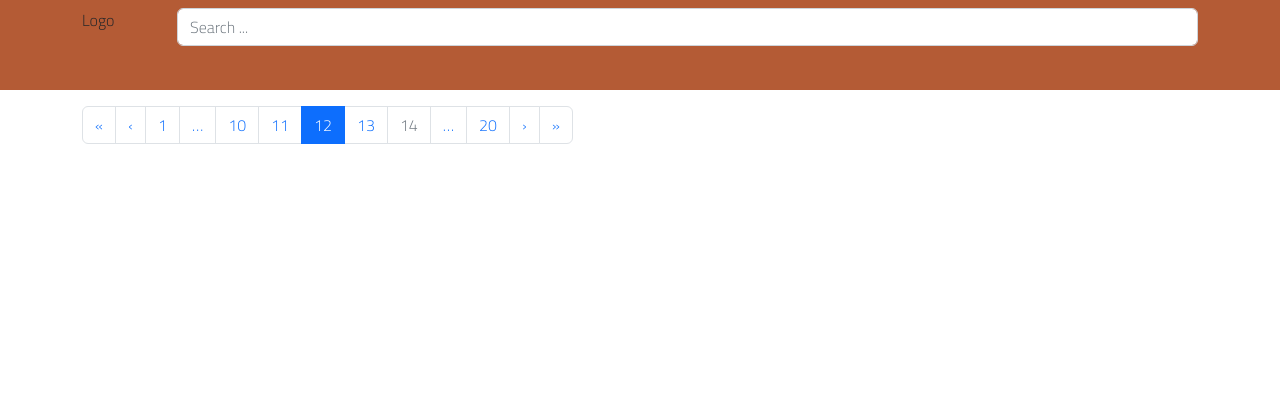
Repository: SD-Mdouka/react-table
Page: /
The author's editor kept a copy of each file at every save. The page is drawn from the files as they stood at one save, then again after the next save.
The browser window is 1280 px wide. The pictures show the whole page.
The page's requests for data from a server got no answer. The project was rebuilt for these pictures with package versions that can differ from the ones it lists, and the page was loaded fresh each time. No one was signed in, and anything a server would have sent is missing. Also part of the build but not shown: src/react-table-filter/table-list-card/components/CardMovies.tsx.

Above is the page before, as saved 2022-10-16 00:11:25.

After the next save:
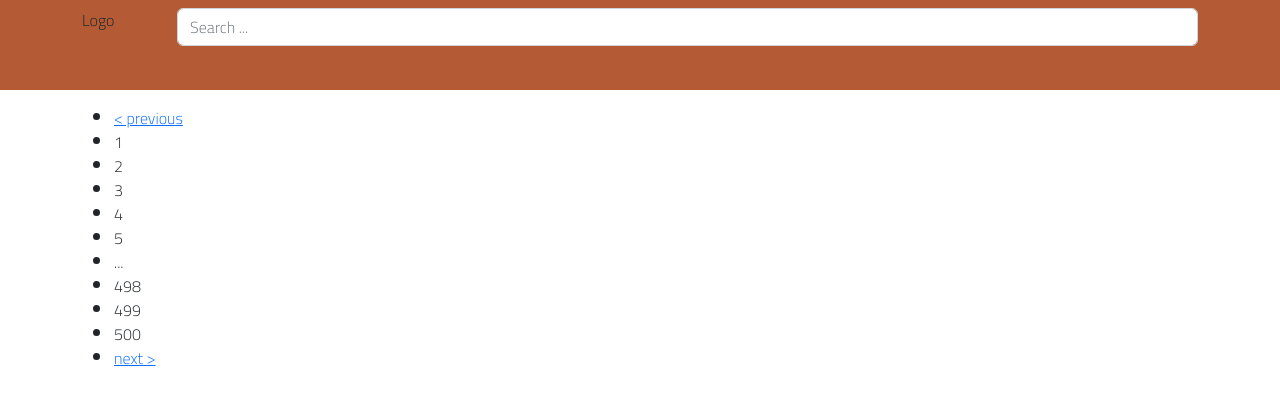
Saved 107 s later.
--- a/src/react-table-filter/table-list-card/components/Pageination.tsx
+++ b/src/react-table-filter/table-list-card/components/Pageination.tsx
@@ -1,26 +1,20 @@
 import React from "react";
 import { Pagination } from "react-bootstrap";
+import ReactPaginate from "react-paginate";
 
 const Pageination = () => {
+  const handlePageClick = () => {};
+  const pageCount = 500;
   return (
     <div>
-      <Pagination>
-        <Pagination.First />
-        <Pagination.Prev />
-        <Pagination.Item>{1}</Pagination.Item>
-        <Pagination.Ellipsis />
-
-        <Pagination.Item>{10}</Pagination.Item>
-        <Pagination.Item>{11}</Pagination.Item>
-        <Pagination.Item active>{12}</Pagination.Item>
-        <Pagination.Item>{13}</Pagination.Item>
-        <Pagination.Item disabled>{14}</Pagination.Item>
-
-        <Pagination.Ellipsis />
-        <Pagination.Item>{20}</Pagination.Item>
-        <Pagination.Next />
-        <Pagination.Last />
-      </Pagination>
+      <ReactPaginate
+        breakLabel="..."
+        nextLabel="next >"
+        onPageChange={handlePageClick}
+        pageRangeDisplayed={5}
+        pageCount={pageCount}
+        previousLabel="< previous"
+      />
     </div>
   );
 };
